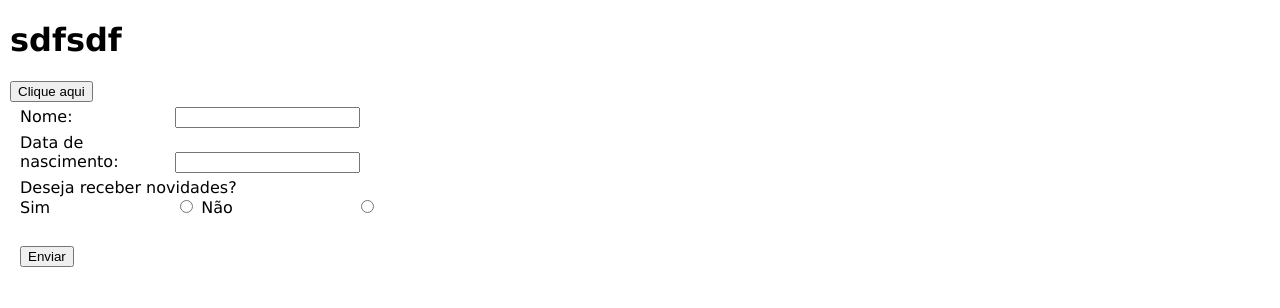
Repository: shamanickCoder/FIAP
Page: http://localhost/17-jquery/
These files come from the project's save history. The page is drawn as it stood at one moment and after the next save; the edit follows.
The browser window is 1280 px wide. The pictures show the whole page.
The page is served by Tomcat 9.

Above is the page before, as saved 2016-05-18 12:10:48.

### Desenvolvimentos de Sistemas Web/1 semestre/Javascript/17-jquery/WebContent/index.html
<!DOCTYPE html>
<html>
<head>
<meta charset="UTF-8">
<script src = "jquery-1.12.3.min.js"></script>
<script src = "script.js"></script>
<link href = "estilo.css" type = "text/css" rel = "stylesheet">
<title>tucurucutu</title>
</head>
<body>
 <h1>sdfsdf</h1>
 <button>Clique aqui</button>
 <div>
  <form method = "post" action = "cadastrar">
   <div>
    <label for = "nome">Nome:</label>
    <input type = "text" id = "nome">
   </div>
   <div>
    <label for = "data">Data de nascimento:</label>
    <input type = "text" id = "data">
   </div>
   <div>
    <span>Deseja receber novidades?</span>
    <br>
    <label for = "sim">Sim</label>
    <input type = "radio" name = "novidades" id = "sim">
    <label for = "nao">Não</label>
    <input type = "radio" name = "novidades" id = "nao">
   </div>
   <div>
    <label for = "email"><span class = "email">E-mail:</span></label>
    <input type = "text" class = "email">
   </div>
   <div>
    <input type = "submit" value = "Enviar" id = "enviar" name = "enviar">
   </div>
  </form>
 </div>
</body>
</html>

### Desenvolvimentos de Sistemas Web/1 semestre/Javascript/17-jquery/WebContent/script.js
$().ready(function(){
	$(".email").hide();
	$("button").click(function(){
		$("h1").slideToggle();
	});
});

### Desenvolvimentos de Sistemas Web/1 semestre/Javascript/17-jquery/WebContent/estilo.css
body {
	font-family: Verdana;
	margin: 10px;
}
label {
	display: inline-block;
	width: 150px;
}
div {
	margin: 5px;
}

Loaded but not shown: Desenvolvimentos de Sistemas Web/1 semestre/Javascript/17-jquery/WebContent/jquery-1.12.3.min.js (library)

After the next save:
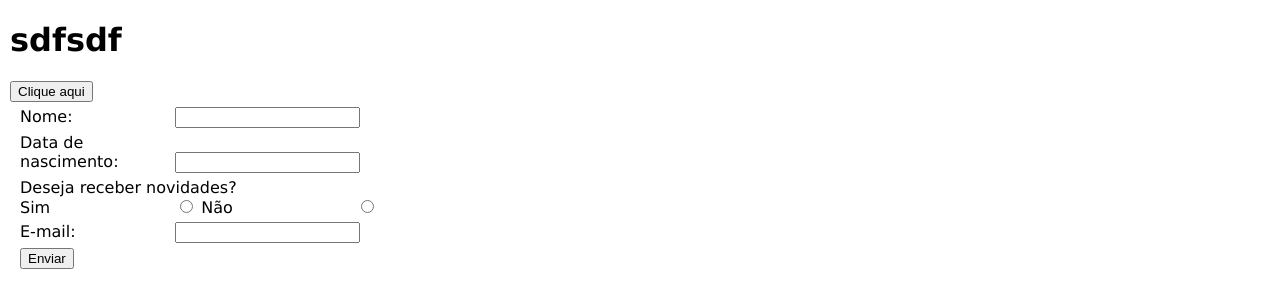
Saved 95 s later.
--- a/Desenvolvimentos de Sistemas Web/1 semestre/Javascript/17-jquery/WebContent/script.js
+++ b/Desenvolvimentos de Sistemas Web/1 semestre/Javascript/17-jquery/WebContent/script.js
@@ -1,5 +1,5 @@
 $().ready(function(){
-	$(".email").hide();
+
 	$("button").click(function(){
 		$("h1").slideToggle();
 	});

After the save that followed:
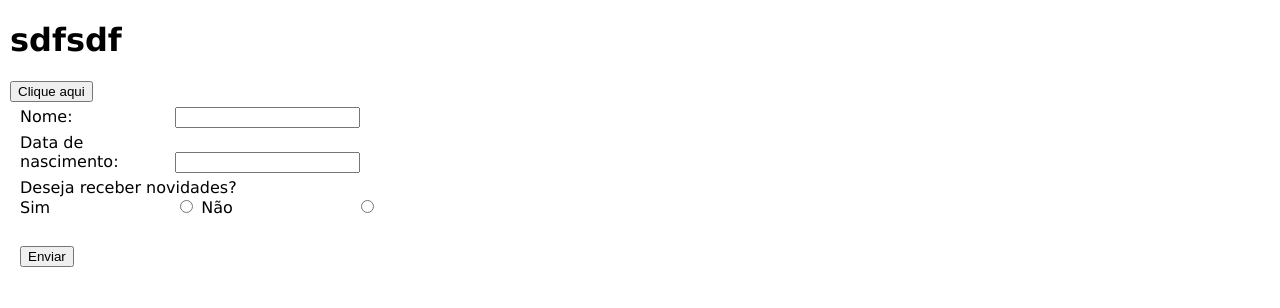
Saved 6 s later.
--- a/Desenvolvimentos de Sistemas Web/1 semestre/Javascript/17-jquery/WebContent/script.js
+++ b/Desenvolvimentos de Sistemas Web/1 semestre/Javascript/17-jquery/WebContent/script.js
@@ -1,5 +1,5 @@
 $().ready(function(){
-
+	$(".email").hide();
 	$("button").click(function(){
 		$("h1").slideToggle();
 	});
